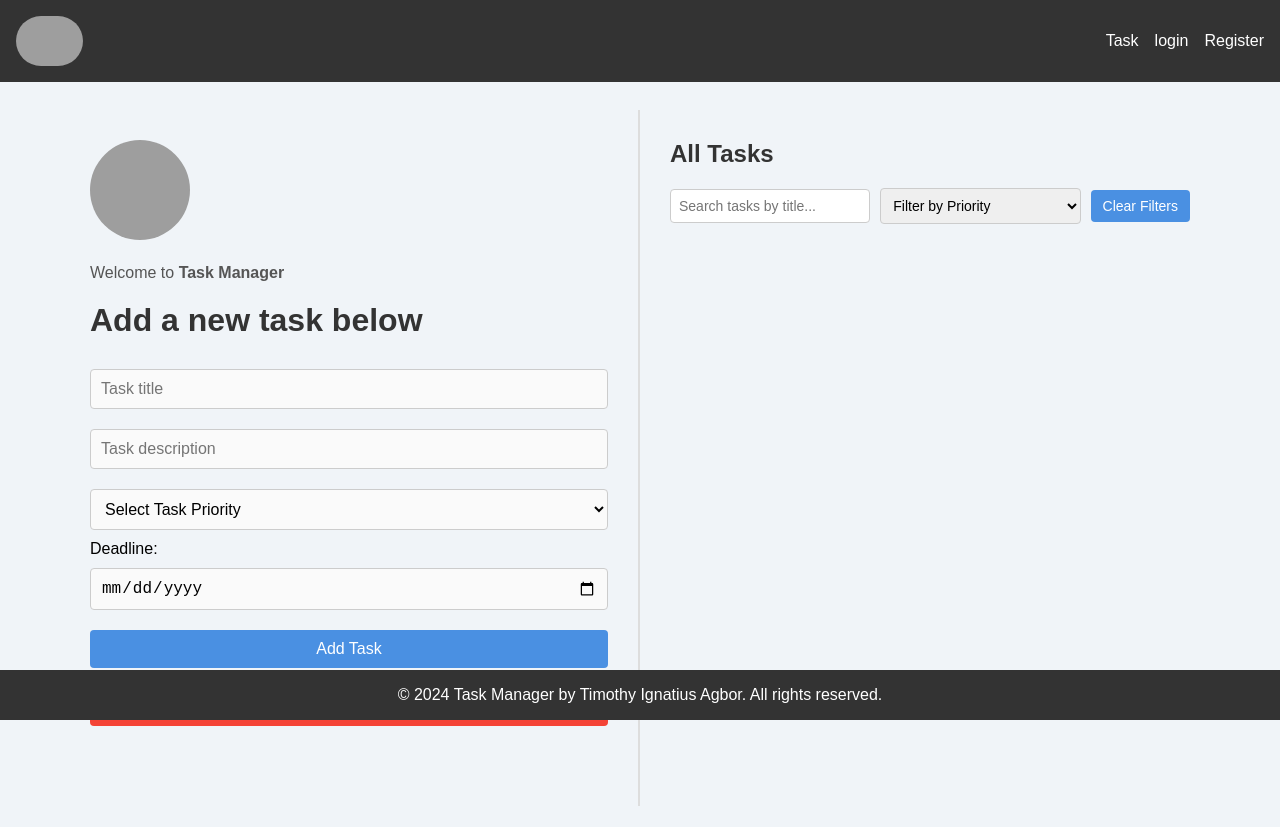
Repository: Evendors/TaskManager
Page: task.html
These files come from the project's save history. The page is drawn as it stood at one moment and after a run of saves; the edit follows.
The browser window is 1280 px wide. The pictures show the whole page.
Pictures or frames that could not be fetched are drawn as grey boxes. The page's requests for data from a server got no answer.

Above is the page before, as saved 2024-12-04 05:28:11.

### task.html
<!DOCTYPE html>
<html lang="en">
  <head>
    <meta charset="UTF-8" />
    <meta name="viewport" content="width=device-width, initial-scale=1.0" />
    <title>Task Manager</title>
    <link rel="stylesheet" href="./frontend/styles/styles.css" />
  </head>
  <body>
    <!-- Header -->
    <header>

      <nav>
        <img
        src="https://files.oaiusercontent.com/file-UxxSnF9NpUokPpkfsqMf13?se=2024-12-02T05%3A53%3A05Z&sp=r&sv=2024-08-04&sr=b&rscc=max-age%3D604800%2C%20immutable%2C%20private&rscd=attachment%3B%20filename%3Da1944776-25e7-4fdd-b29a-8cf1dd8a7fa9.webp&sig=zPngKC45S%2BM4ZQV9ybl6Nb6VX7rAXM9pelPhFyGMbuw%3D"
        alt="Task Manager Logo"
        style="height: 50px; width: auto; margin-right: 10px; border-radius: 25px;"
      />


        <ul>
          <li><a href="task.html">Task</a></li>
          <li><a href="login.html">login</a></li>
          <li><a href="index.html">Register</a></li>
        </ul>
      </nav>
    </header>

    <!-- Main Content -->
    <div class="container">
      <div class="left">
        <img
          style="height: 100px; width: 100px; border-radius: 50px"
          src="https://lh3.googleusercontent.com/a/ACg8ocK4ZTq-NP8qakNvmpa3VUDR7UgA2SCu1MhHvHXfKx0qfc4LE1V9=s288-c-no"
          alt="Timothy image"
        />
        <p>
          Welcome to   <strong>Task Manager</strong><br />
       <h1>   Add a new task below</h1>
        </p>
        <form id="taskForm">
          <input type="text" id="taskTitle" placeholder="Task title" />
          <input type="text" id="taskDesc" placeholder="Task description" />

          <select name="priority" id="priority">
            <option disabled selected>Select Task Priority</option>
            <option value="high">High</option>
            <option value="medium">Medium</option>
            <option value="low">Low</option>
          </select>

          <div>
            <label for="deadline">Deadline:</label>
            <input type="date" name="deadline" id="deadline" />
          </div>
          <button type="submit" id="add">Add Task</button>
        </form>

        <button class="logOut">Log Out</button>
      </div>
      <div class="right">
        <h2>All Tasks</h2>
<!-- Filtering and Searching -->
<div class="taskFilters">
  <input
    type="text"
    id="searchTasks"
    placeholder="Search tasks by title..."
  />
  <select id="filterPriority">
    <option value="" selected>Filter by Priority</option>
    <option value="high">High</option>
    <option value="medium">Medium</option>
    <option value="low">Low</option>
  </select>
  <button id="clearFilters">Clear Filters</button>
</div>

        <div class="allTasks">
          <!-- Task Added will show Here -->
        </div>
      </div>
    </div>

    <!-- Footer -->
    <footer>
      <p>&copy; 2024 Task Manager by Timothy Ignatius Agbor. All rights reserved.</p>
    </footer>

    <script src="./frontend/js/app.js"></script>
  </body>
</html>

### frontend/styles/styles.css
/* Reset default margin and padding */
* {
  margin: 0;
  padding: 0;
  box-sizing: border-box;
}

/* Body styling */
body {
  font-family: Arial, sans-serif;
  background-color: #f0f4f8;
  display: flex;
  justify-content: center;
  align-items: flex-start; /* Prevents footer overlap */
  min-height: 100vh;
  padding-top: 70px; /* Adjust for fixed header */
}

/* Header Styles */
header {
  background-color: #333;
  color: white;
  padding: 1rem;
  position: fixed;
  top: 0;
  width: 100%;
  z-index: 1000;
}

header nav {
  display: flex;
  justify-content: space-between;
  align-items: center;
}


header nav h1 {
  font-size: 1rem;
}

header nav ul {
  list-style: none;
  display: flex;
  gap: 1rem;
}

header nav ul li a {
  color: white;
  text-decoration: none;
  font-size: 1rem;
}

header nav ul li a:hover {
  text-decoration: underline;
  color: #336699;
border: 2px solid #ffffff;
border-radius: 5px;
padding: 2px;
}

/* Footer Styles */
footer {
  background-color: #333;
  color: white;
  text-align: center;
  padding: 1rem 0;
  position: fixed;
  bottom: 0;
  width: 100%;
  z-index: 1000;
}

/* Container styling */
.container {
  display: flex;
  flex-direction: row;
  justify-content: space-between;
  padding: 20px;
  max-width: 1200px;
  margin: auto;
  margin-top: 20px; /* To avoid header overlap */
}

/* Left Section */
.left {
  width: 50%;
  padding: 30px;
  border-right: 2px solid #ddd;
}

.left img {
  height: 100px;
  width: 100px;
  border-radius: 50px;
  margin-bottom: 20px;
}

.left h1 {
  margin-bottom: 10px;
  color: #333;
}

.left p {
  color: #555;
  font-size: 16px;
  margin-bottom: 20px;
}

.left form {
  margin-top: 20px;
}

.left input,
.left select {
  width: 100%;
  padding: 10px;
  margin: 10px 0;
  border: 1px solid #ccc;
  border-radius: 4px;
  background-color: #fafafa;
  font-size: 16px;
}

.left input:focus,
.left select:focus {
  border-color: #4a90e2;
  outline: none;
}

.left button {
  width: 100%;
  padding: 10px;
  background-color: #4a90e2;
  color: white;
  border: none;
  border-radius: 4px;
  font-size: 16px;
  cursor: pointer;
  margin-top: 10px;
}

.left button:hover {
  background-color: #357ab7;
}

.left button:active {
  background-color: #336699;
}

.left .logOut {
  width: 100%;
  padding: 10px;
  background-color: #f44336;
  color: white;
  border: none;
  border-radius: 4px;
  font-size: 16px;
  cursor: pointer;
  margin-top: 20px;
  margin-bottom: 50px;
}

.left .logOut:hover {
  background-color: #d32f2f;
}

.left .logOut:active {
  background-color: #b71c1c;
}

/* Right Section */
.right {
  width: 50%;
  padding: 30px;
}

.right h2 {
  color: #333;
  margin-bottom: 20px;
}

.allTasks {
  margin-top: 20px;
}

.task {
  background-color: #ffffff; /* Changed from #f9f9f9 to white */
  padding: 20px;
  margin: 10px 0;
  border-radius: 6px;
  font-size: 28px;
  box-shadow: 0 2px 10px rgba(0, 0, 0, 0.12); /* Stronger shadow for better contrast */
  color: #000; /* Ensure text is dark enough for readability */
}

.task h3 {
  margin-bottom: 10px;
}

.details p {
  margin: 5px 0;
}

/* Task Control Buttons */
.control span {
  margin-right: 10px;
  cursor: pointer;
  color: #4a90e2;
}

.control span:hover {
  text-decoration: underline;
}

.control {
  margin-top: 10px;
}

/* Edit and Delete buttons */
.task .edit,
.task .delete {
  color: #ffffff;
  font-weight: bold;
  cursor: pointer;
  margin-right: 10px;
}

.task .edit:hover,
.task .delete:hover {
  color: white;
  background-color: #ed7117; /* Orange color on hover */
  border-radius: 4px;
  padding: 3px;
}

.task .edit,
.task .delete {
  font-size: 14px;
  padding: 2px;
}
/* filter and search tasks */
/* Task Filters */
.taskFilters {
  display: flex;
  gap: 10px;
  margin-bottom: 20px;
  align-items: center;
}

.taskFilters input[type="text"],
.taskFilters select {
  padding: 8px;
  font-size: 14px;
  border: 1px solid #ccc;
  border-radius: 4px;
  flex: 1;
}

.taskFilters button {
  padding: 8px 12px;
  font-size: 14px;
  background-color: #4a90e2;
  color: white;
  border: none;
  border-radius: 4px;
  cursor: pointer;
}

.taskFilters button:hover {
  background-color: #357ab7;
}

### frontend/js/app.js
const colors = [
  "#893101",
  "#ed7117",
  "#d16002",
  "#cc5801",
  "#b56727",
  "#d67229",
];

const title = document.getElementById("taskTitle");
const desc = document.getElementById("taskDesc");
const priority = document.getElementById("priority");
const deadline = document.getElementById("deadline");
const add = document.getElementById("add");
const allTasks = document.querySelector(".allTasks");

// Elements for filtering and searching
const searchInput = document.getElementById("searchTasks");
const filterPriority = document.getElementById("filterPriority");
const clearFilters = document.getElementById("clearFilters");

let tasksFromServer = [];

// Function to render tasks
function renderTasks(tasks) {
  allTasks.innerHTML = ""; // Clear current tasks
  tasks.forEach((task) => {
    const taskItem = document.createElement("div");
    taskItem.classList.add("task");
    taskItem.style.backgroundColor =
      colors[Math.floor(Math.random() * colors.length)];
    taskItem.setAttribute("data-id", task._id); // Add unique identifier (assumes _id is the identifier)
    taskItem.innerHTML = `
      <h3>${task.title}</h3>
      <p>${task.description}</p>
      <div>
        <p>Priority: ${task.priority}</p>
        <p>Deadline: ${new Date(task.deadline).toLocaleDateString()}</p>
      </div>
      <div>
        <span class="edit">Edit</span>
        <span class="delete">Delete</span>
      </div>
    `;

    // Add event listeners for edit and delete buttons
    taskItem
      .querySelector(".edit")
      .addEventListener("click", () => editTask(task._id));
    taskItem
      .querySelector(".delete")
      .addEventListener("click", () => deleteTask(task._id));

    allTasks.appendChild(taskItem);
  });
}

// Fetch tasks from the server
function fetchTasks() {
  fetch("http://localhost:3000/api/tasks/get-tasks", {
    method: "GET",
    headers: {
      "Content-Type": "application/json",
    },
    credentials: "include",
  })
    .then((response) => {
      if (!response.ok) {
        throw new Error("Failed to fetch tasks");
      }
      return response.json();
    })
    .then((data) => {
      tasksFromServer = data; // Store fetched tasks
      renderTasks(tasksFromServer); // Render all tasks initially
    })
    .catch((error) => {
      console.error("Error:", error);
      alert("There was an error fetching tasks.");
    });
}

// Add a new task
add.addEventListener("click", (e) => {
  e.preventDefault();

  if (
    title.value === "" ||
    desc.value === "" ||
    priority.value === "" ||
    deadline.value === ""
  ) {
    alert("All fields are required");
    return;
  }

  const taskData = {
    title: title.value,
    description: desc.value,
    priority: priority.value,
    deadline: new Date(deadline.value),
  };

  fetch("http://localhost:3000/api/tasks/create", {
    method: "POST",
    headers: {
      "Content-Type": "application/json",
    },
    body: JSON.stringify(taskData),
    credentials: "include",
  })
    .then((response) => {
      if (!response.ok) {
        throw new Error("Failed to create task");
      }
      return response.json();
    })
    .then((data) => {
      console.log("Task created:", data);
      alert("Task created successfully");
      title.value = "";
      desc.value = "";
      priority.value = "";
      deadline.value = "";
      fetchTasks(); // Refresh task list
    })
    .catch((error) => {
      console.error("Error:", error);
      alert("There was an error creating the task.");
    });
});

// Edit a task
function editTask(taskId) {
  const taskToEdit = tasksFromServer.find((task) => task._id === taskId);

  // Pre-populate input fields with current task data
  title.value = taskToEdit.title;
  desc.value = taskToEdit.description;
  priority.value = taskToEdit.priority;
  deadline.value = new Date(taskToEdit.deadline).toISOString().split("T")[0];

  // Update task on form submission
  add.removeEventListener("click", createTask); // Ensure no duplicate listeners
  add.addEventListener("click", (e) => {
    e.preventDefault();

    if (
      title.value === "" ||
      desc.value === "" ||
      priority.value === "" ||
      deadline.value === ""
    ) {
      alert("All fields are required");
      return;
    }

    const updatedTaskData = {
      title: title.value,
      description: desc.value,
      priority: priority.value,
      deadline: new Date(deadline.value),
    };

    fetch(`http://localhost:3000/api/tasks/update/${taskId}`, {
      method: "PUT",
      headers: {
        "Content-Type": "application/json",
      },
      body: JSON.stringify(updatedTaskData),
      credentials: "include",
    })
      .then((response) => {
        if (!response.ok) {
          throw new Error("Failed to update task");
        }
        return response.json();
      })
      .then((data) => {
        console.log("Task updated:", data);
        alert("Task updated successfully");
        title.value = "";
        desc.value = "";
        priority.value = "";
        deadline.value = "";
        fetchTasks(); // Refresh task list
      })
      .catch((error) => {
        console.error("Error:", error);
        alert("There was an error updating the task.");
      });
  });
}
// Handle logout
const logOutButton = document.querySelector(".logOut");

logOutButton.addEventListener("click", () => {
  // Make a request to the server to log the user out
  fetch("http://localhost:3000/api/auth/logout", {
    method: "POST", // Assuming your API expects a POST request for logout
    headers: {
      "Content-Type": "application/json",
    },
    credentials: "include", // Include cookies if using session-based authentication
  })
    .then((response) => {
      if (!response.ok) {
        throw new Error("Logout failed");
      }
      return response.json();
    })
    .then((data) => {
      console.log("Logout successful", data);
      // Redirect to login page after successful logout
      window.location.href = "login.html";
    })
    .catch((error) => {
      console.error("Error:", error);
      alert("There was an error logging out.");
    });
});

// Delete a task
function deleteTask(taskId) {
  const confirmation = confirm("Are you sure you want to delete this task?");
  if (confirmation) {
    fetch(`http://localhost:3000/api/tasks/delete/${taskId}`, {
      method: "DELETE",
      headers: {
        "Content-Type": "application/json",
      },
      credentials: "include",
    })
      .then((response) => {
        if (!response.ok) {
          throw new Error("Failed to delete task");
        }
        return response.json();
      })
      .then((data) => {
        console.log("Task deleted:", data);
        alert("Task deleted successfully");
        fetchTasks(); // Refresh task list
      })
      .catch((error) => {
        console.error("Error:", error);
        alert("There was an error deleting the task.");
      });
  }
}

// Search tasks by title
searchInput.addEventListener("input", () => {
  const searchQuery = searchInput.value.toLowerCase();
  const filteredTasks = tasksFromServer.filter((task) =>
    task.title.toLowerCase().includes(searchQuery)
  );
  renderTasks(filteredTasks);
});

// Filter tasks by priority
filterPriority.addEventListener("change", () => {
  const priority = filterPriority.value;
  const filteredTasks = priority
    ? tasksFromServer.filter((task) => task.priority === priority)
    : tasksFromServer;
  renderTasks(filteredTasks);
});

// Clear filters and show all tasks
clearFilters.addEventListener("click", () => {
  searchInput.value = "";
  filterPriority.value = "";
  renderTasks(tasksFromServer);
});

// Fetch and render tasks when page loads
window.addEventListener("load", fetchTasks);

After the next 2 saves:
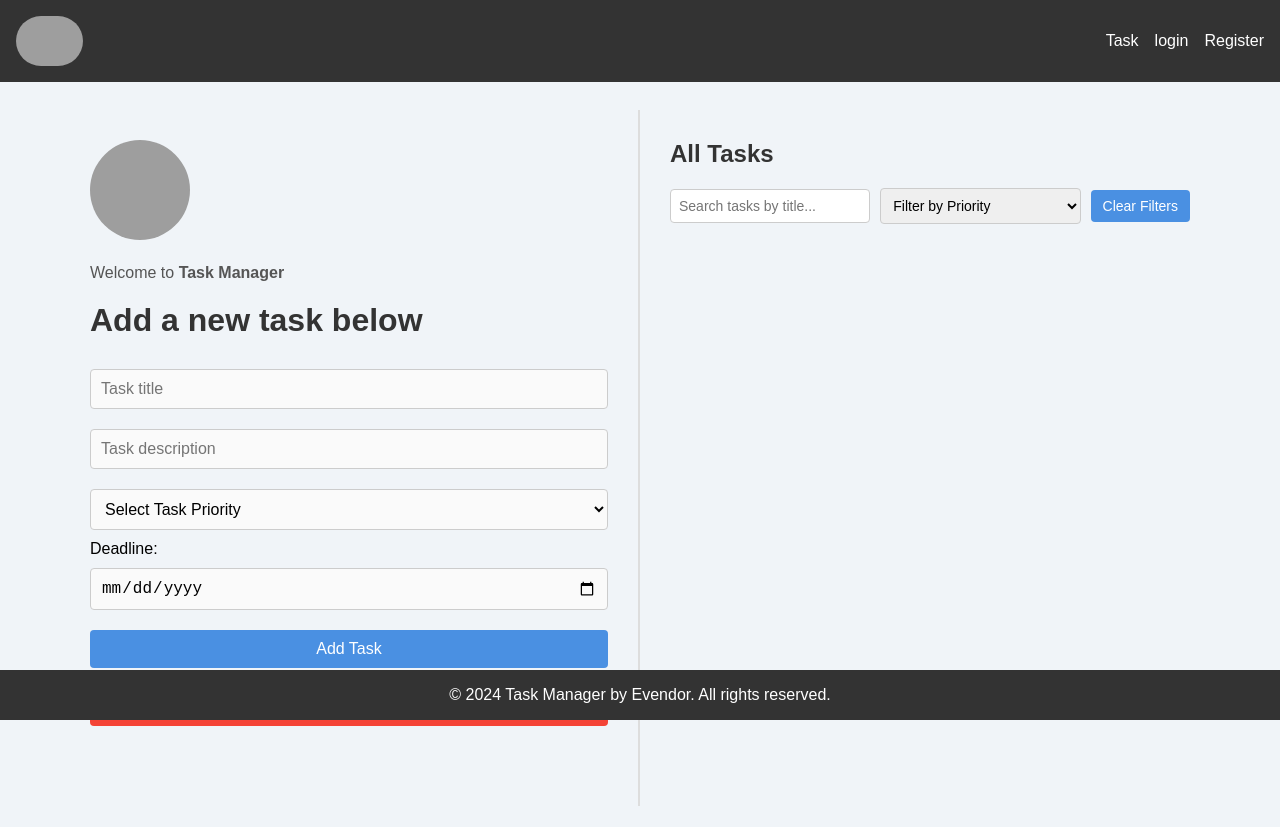
The 2 saves are shown as one change because they came seconds apart.
The last was saved 25 s later.
--- a/task.html
+++ b/task.html
@@ -84,7 +84,7 @@
 
     <!-- Footer -->
     <footer>
-      <p>&copy; 2024 Task Manager by Timothy Ignatius Agbor. All rights reserved.</p>
+      <p>&copy; 2024 Task Manager by Evendor. All rights reserved.</p>
     </footer>
 
     <script src="./frontend/js/app.js"></script>
